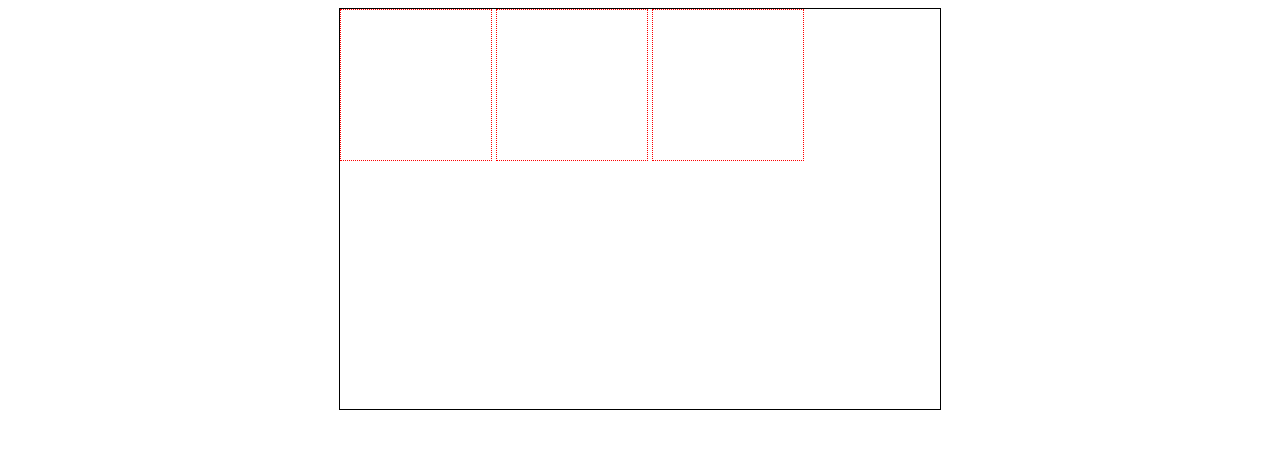
Repository: LstHeart/html-learning
Page: css/static和relative定位.html
The author's editor kept a copy of each file at every save. The page is drawn from the files as they stood at one save, then again after the next save.
The browser window is 1280 px wide. The pictures show the whole page.

Above is the page before, as saved 2021-01-06 20:23:17.

### css/static和relative定位.html
<!DOCTYPE html>
<html lang="en">
<head>
    <meta charset="UTF-8">
    <meta name="viewport" content="width=device-width, initial-scale=1.0">
    <title>Document</title>
    <link rel="stylesheet" href="static和realtive.css">
</head>
<body>
    <div class="wrapper">
        <div class="box1"></div>
        <div class="box2"></div>
        <div class="box3"></div>
    </div>
</body>
</html>

### css/static和realtive.css
.wrapper{
    width: 600px;
    height: 400px;
    border: 1px solid #000000;
    margin: 0 auto;
}
.box1,.box2,.box3{
    width: 150px;
    height: 150px;
    border: 1px dotted red;
    display: inline-block;
}
/* .box2{
    position: static;
    left: 100px;
    top: 200px;
    background-color: rgb(96, 131, 228);
} */
/* .box2{
    position: relative;
    left: 100px;
    top: 200px;
    background-color: rgb(96, 131, 228);
} */

After the next save:
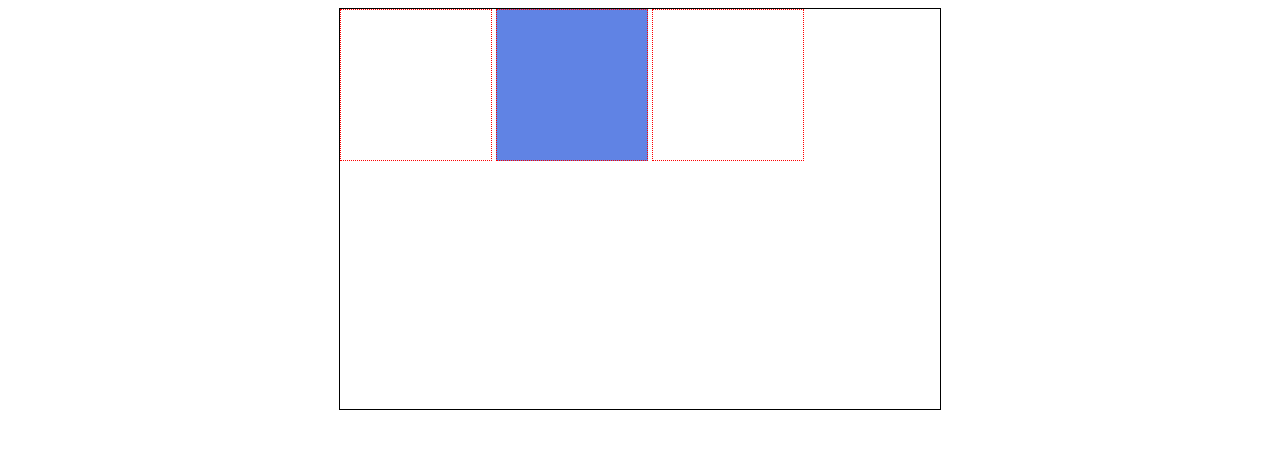
Saved 8 s later.
--- a/css/static和realtive.css
+++ b/css/static和realtive.css
@@ -10,12 +10,12 @@
     border: 1px dotted red;
     display: inline-block;
 }
-/* .box2{
+.box2{
     position: static;
     left: 100px;
     top: 200px;
     background-color: rgb(96, 131, 228);
-} */
+}
 /* .box2{
     position: relative;
     left: 100px;
